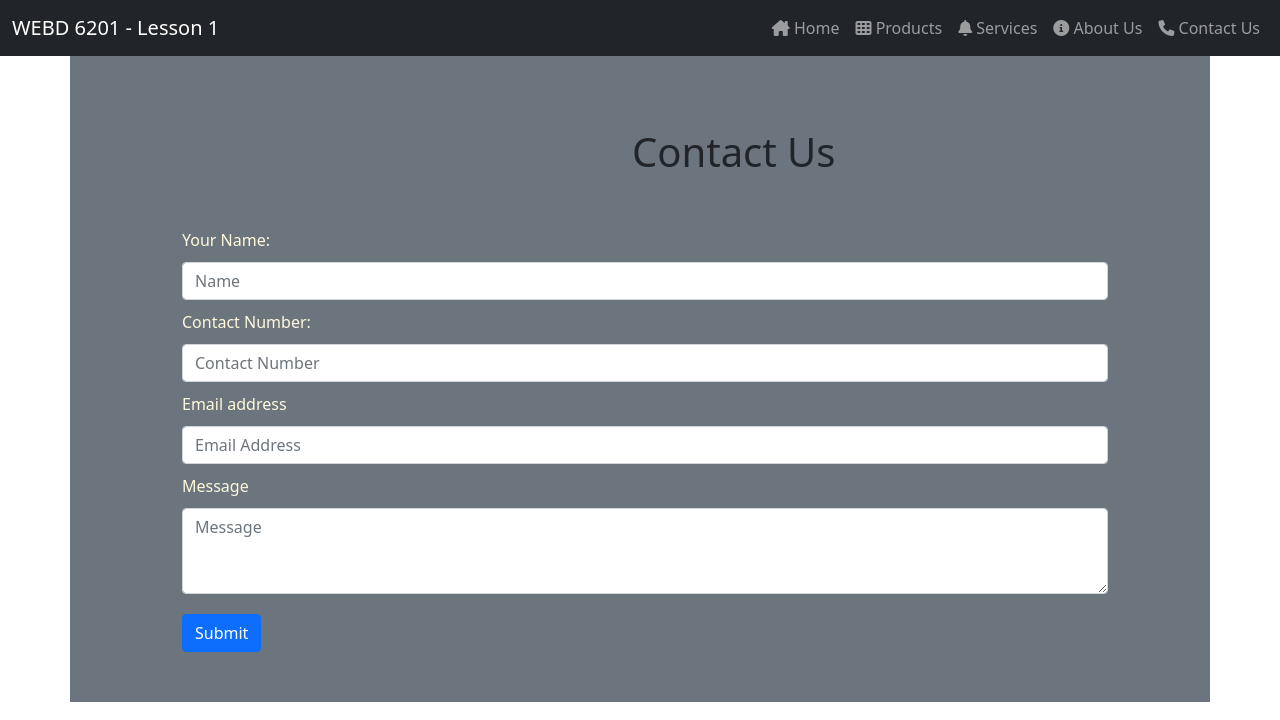
Repository: devanshudave1901/DevanshuDave_AngaranYogeswaranLab2
Page: contact.html
The author's editor kept a copy of each file at every save. The page is drawn from the files as they stood at one save, then again after the next save.
The browser window is 1280 px wide. The pictures show the whole page.

Above is the page before, as saved 2022-02-10 12:32:12.

After the next save:
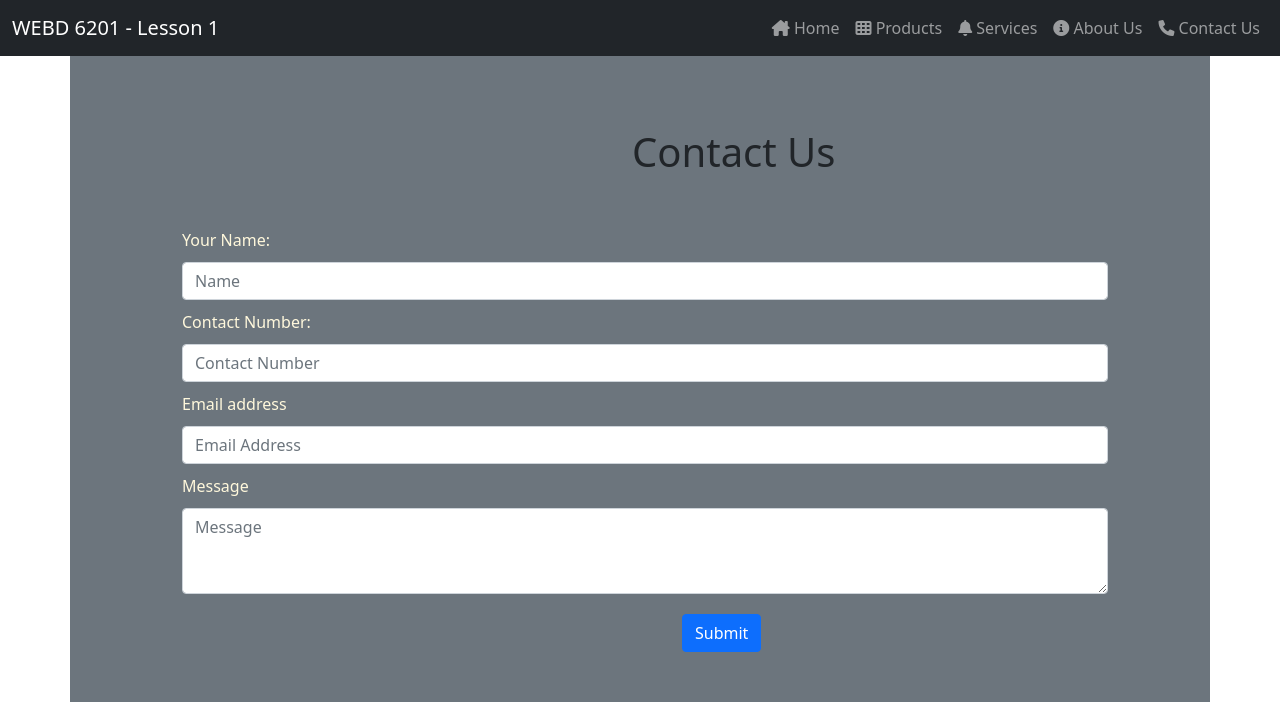
Saved 12 s later.
--- a/Content/app.css
+++ b/Content/app.css
@@ -9,6 +9,7 @@
 
 #Contactform button {
   margin-top: 20px;
+  margin-left: 500px;
 }
 .formInputBox {
   padding-left: 60px;
